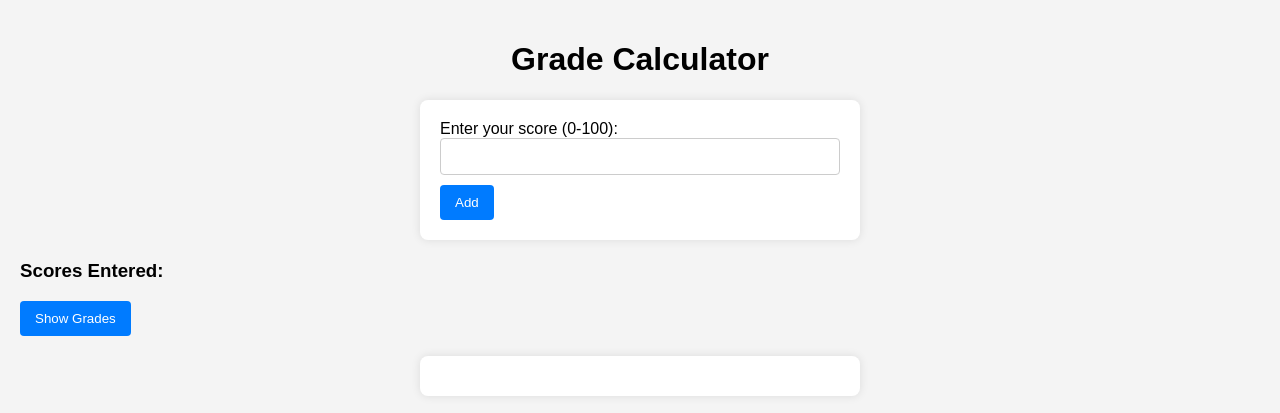
Repository: Rahim-Ullah/hexoforge-bootcamp
Page: phase-2-js-basic/grade-calculator.html
The author's editor kept a copy of each file at every save. The page is drawn from the files as they stood at one save, then again after a run of saves.
The browser window is 1280 px wide. The pictures show the whole page.

Above is the page before, as saved 2025-09-06 13:44:37.

After the next 3 saves:
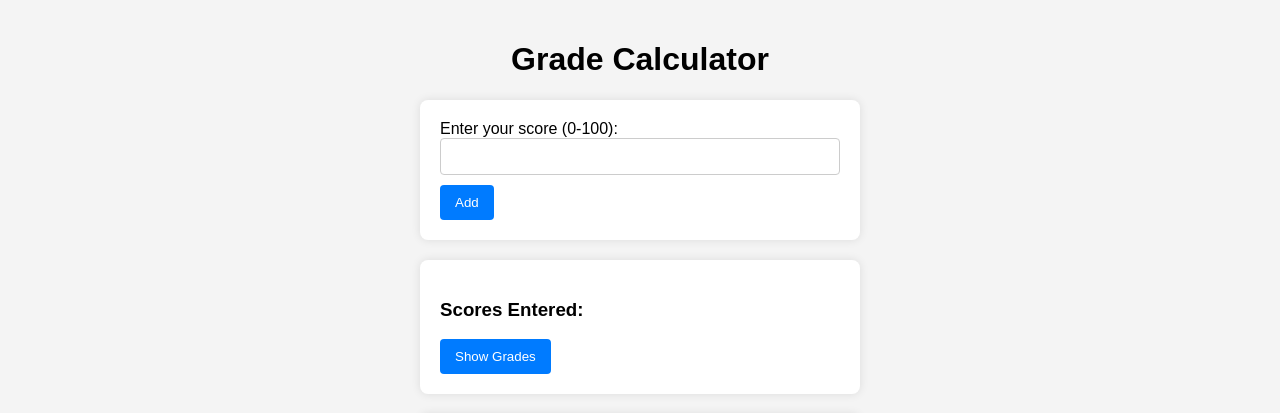
The 3 saves are shown as one change because they came seconds apart.
The last was saved 8 s later.
--- a/phase-2-js-basic/grade-calculator.html
+++ b/phase-2-js-basic/grade-calculator.html
@@ -55,6 +55,15 @@
             border-radius: 8px;
             box-shadow: 0 0 10px rgba(0, 0, 0, 0.1);
             text-align: center;
+        }
+
+        .component {
+            max-width: 400px;
+            margin: 20px auto;
+            padding: 20px;
+            background: white;
+            border-radius: 8px;
+            box-shadow: 0 0 10px rgba(0, 0, 0, 0.1);
         }
 
         input[type="number"]::-webkit-inner-spin-button,
